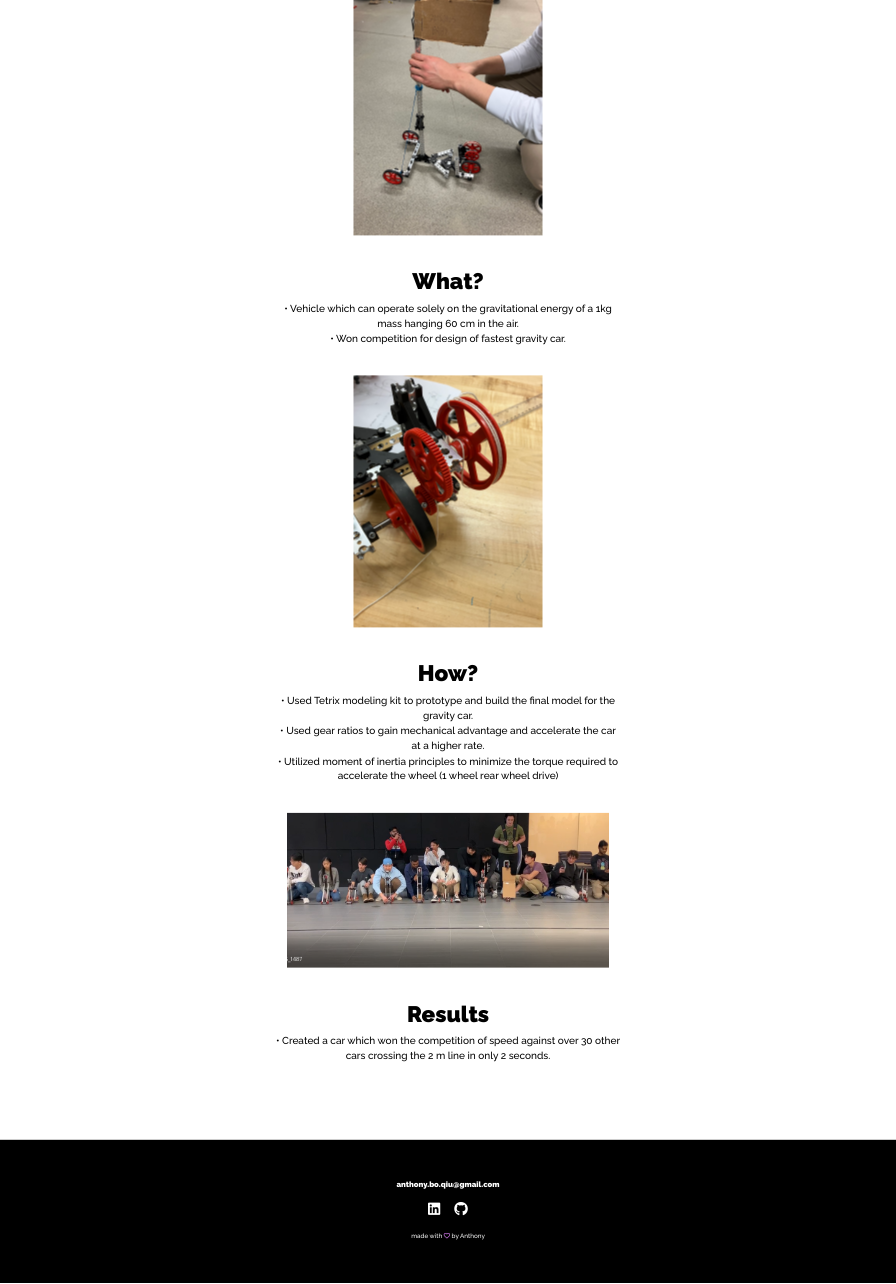
Repository: 7UM1N/anthonyq.github.io
Page: portfolio-item-gravity-car.html
These files come from the project's save history. The page is drawn as it stood at one moment and after the next save; the edit follows.
The browser window is 1280 px wide. The pictures show the part of the page from y = 875 to 2795 px (the page is 2709 px tall before and 2795 px after), at 70% of full size.

Above is the page before, as saved 2023-03-11 22:07:03.

After the next save:
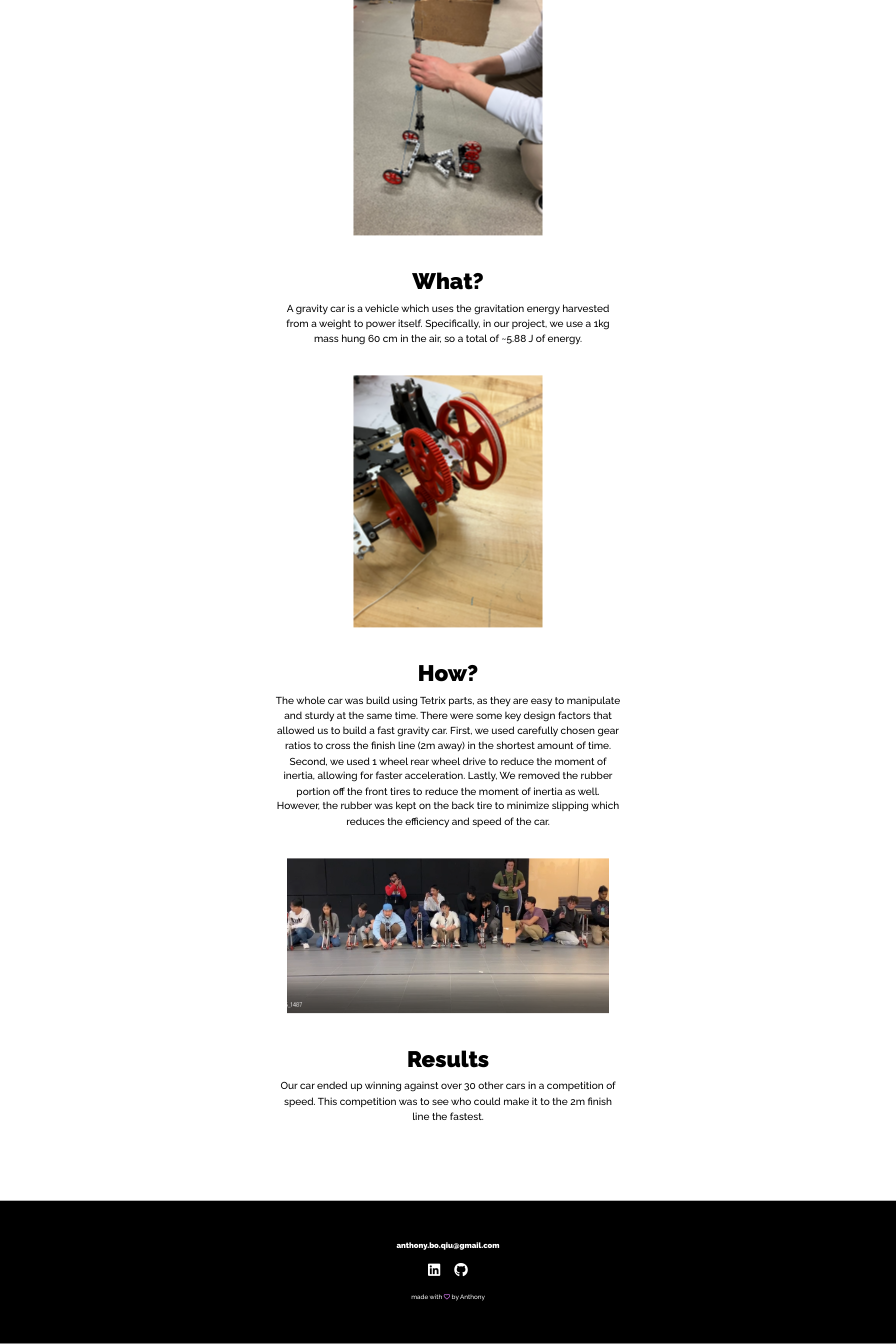
Saved 78 min 52 s later.
--- a/portfolio-item-gravity-car.html
+++ b/portfolio-item-gravity-car.html
@@ -54,24 +54,19 @@
             <img src="img/gravity-car/what.jpg">
             <h2>What?</h2>
             <p>
-                •	Vehicle which can operate solely on the gravitational energy of a 1kg mass hanging 60 cm in the air.<br>
-                •	Won competition for design of fastest gravity car.
-
+                A gravity car is a vehicle which uses the gravitation energy harvested from a weight to power itself. Specifically, in our project, we use a 1kg mass hung 60 cm in the air, so a total of ~5.88 J of energy.
             </p>
 
             <img src="img/gravity-car/how.jpg">
             <h2>How?</h2>
             <p>
-                •	Used Tetrix modeling kit to prototype and build the final model for the gravity car.<br>
-                •	Used gear ratios to gain mechanical advantage and accelerate the car at a higher rate.<br>
-                •	Utilized moment of inertia principles to minimize the torque required to accelerate the wheel (1 wheel rear wheel drive)
-
+                The whole car was build using Tetrix parts, as they are easy to manipulate and sturdy at the same time. There were some key design factors that allowed us to build a fast gravity car. First, we used carefully chosen gear ratios to cross the finish line (2m away) in the shortest amount of time. Second, we used 1 wheel rear wheel drive to reduce the moment of inertia, allowing for faster acceleration. Lastly, We removed the rubber portion off the front tires to reduce the moment of inertia as well. However, the rubber was kept on the back tire to minimize slipping which reduces the efficiency and speed of the car.
             </p>
 
             <img src="img/gravity-car/results.png">
             <h2>Results</h2>
             <p>
-                •	Created a car which won the competition of speed against over 30 other cars crossing the 2 m line in only 2 seconds.
+                Our car ended up winning against over 30 other cars in a competition of speed. This competition was to see who could make it to the 2m finish line the fastest.
             </p>
         </section>
 
